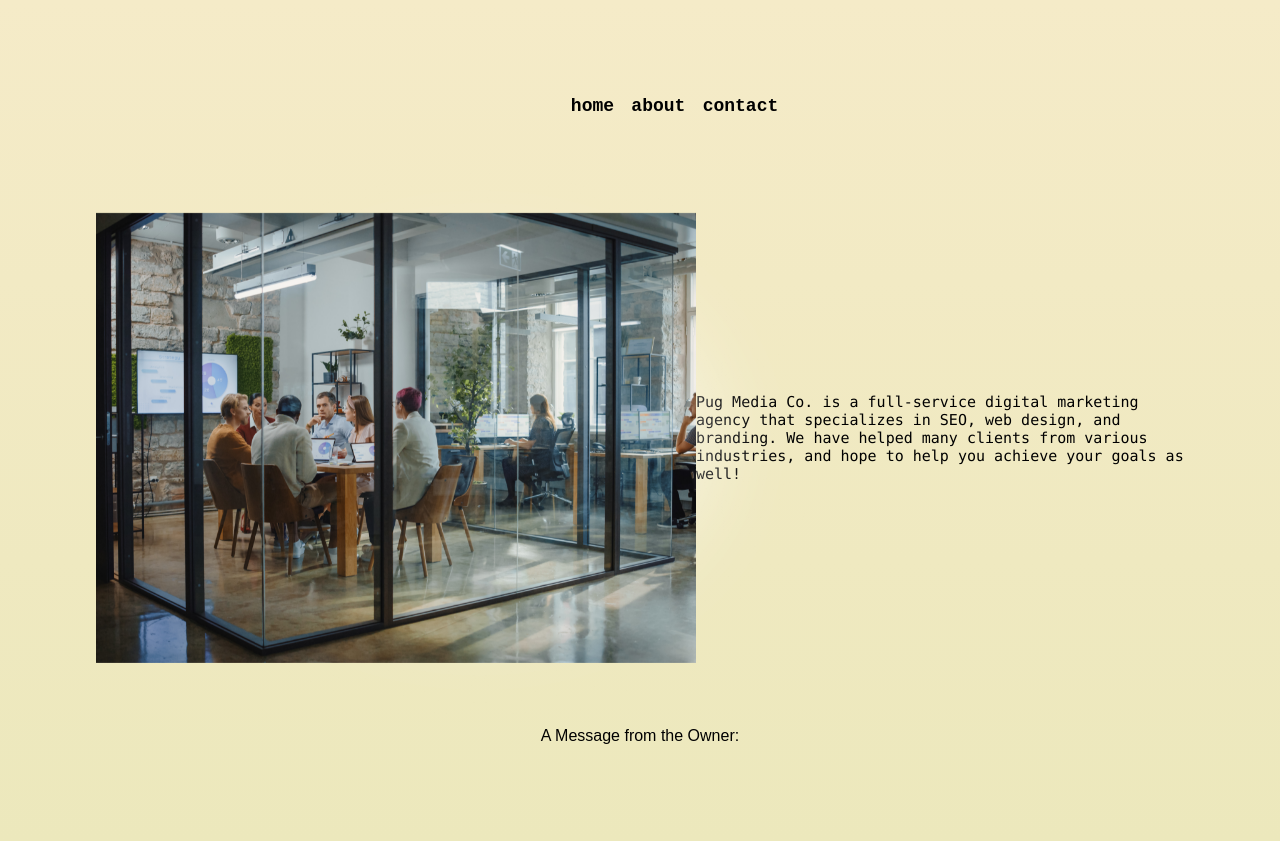
Repository: cheungglenda/MDIA2109-Week3
Page: /
These files come from the project's save history. The page is drawn as it stood at one moment and after the next save; the edit follows.
The browser window is 1280 px wide. The pictures show the whole page.
The project was rebuilt for these pictures with package versions that can differ from the ones it lists, and the page was loaded fresh each time. The framework's server and built-in components were replaced by stand-ins that run in the browser. Also part of the build but not shown: next.config.js, components/Card/index.js.

Above is the page before, as saved 2023-01-20 18:57:29.

After the next save:
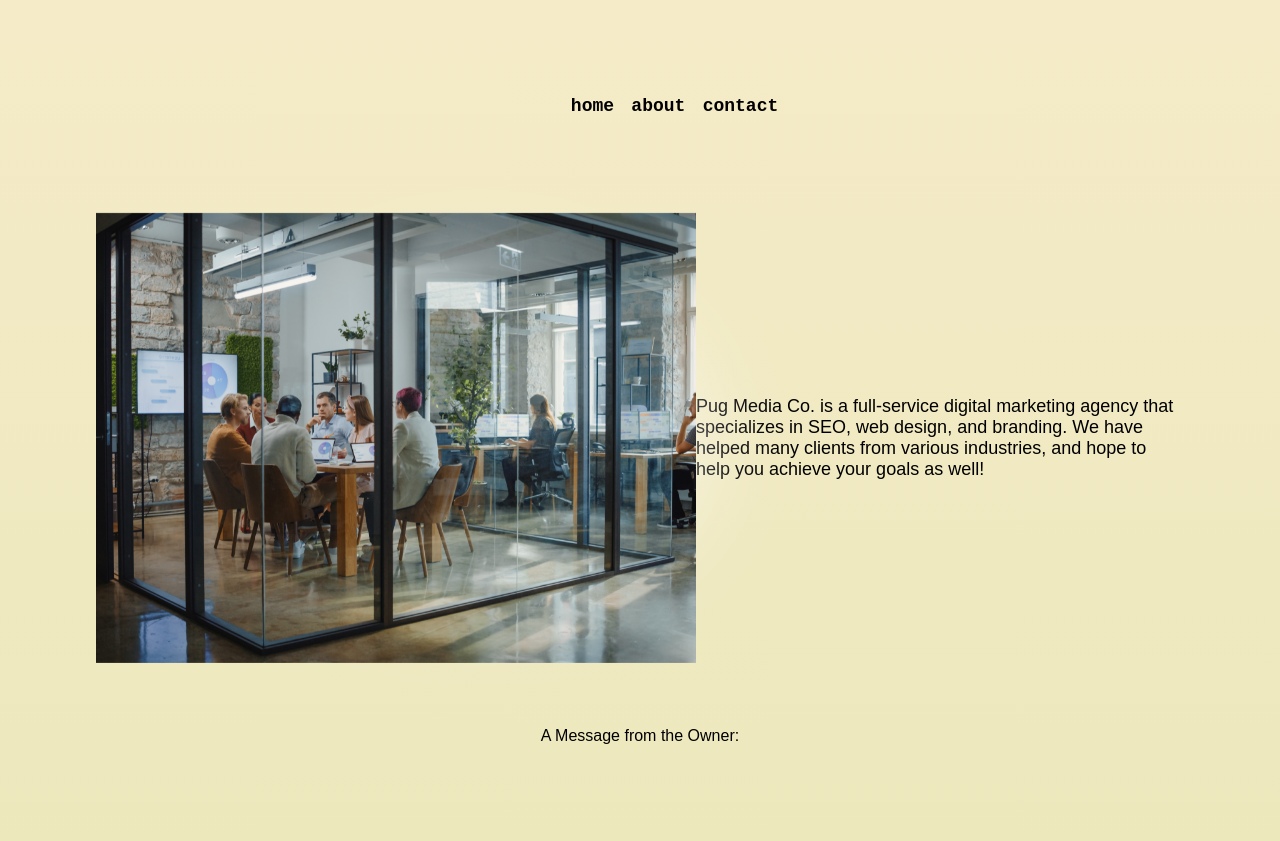
Saved 5 s later.
--- a/pages/index.js
+++ b/pages/index.js
@@ -37,7 +37,7 @@ export default function Home() {
             width={600}
             height={450}
           />
-          <div className={styles.description}>
+          <div className={styles.homeDesc}>
             Pug Media Co. is a full-service digital marketing agency that specializes in SEO, web design, and branding. We have helped many clients from various industries, and hope to help you achieve your goals as well!
           </div>
         </div>
